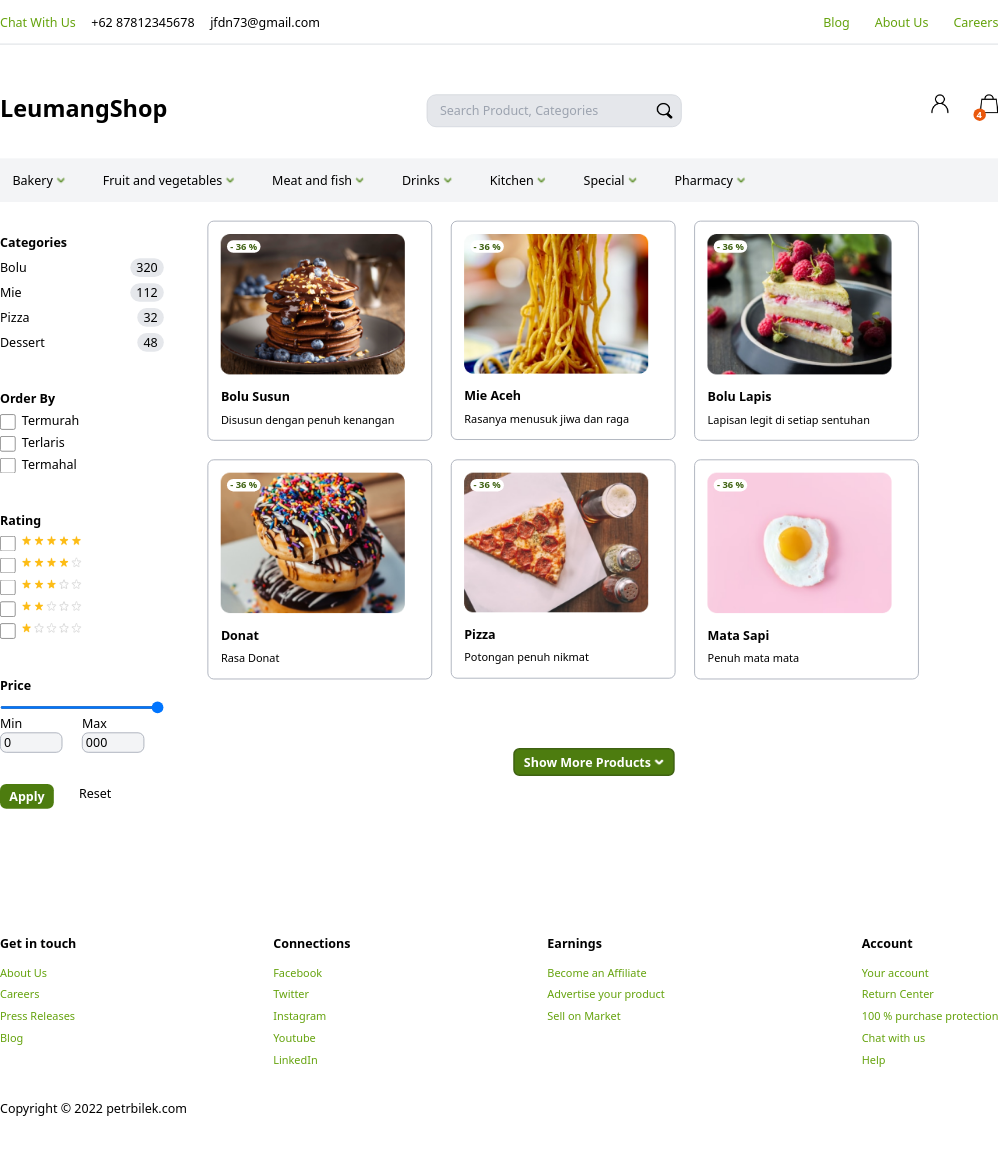
Repository: jafetdn73/ecommerce-tailwind
Page: /
An editor plug-in stored every save of this project. The page is shown before and after a run of saves, followed by the edit.
The browser window is 1280 px wide. The pictures show the whole page, at 78% of full size.
The project was rebuilt for these pictures with package versions that can differ from the ones it lists, and the page was loaded fresh each time. Also part of the build but not shown: src/App.css.

Above is the page before, as saved 2022-03-20 01:46:25.

### src/App.js
import "./App.css";
import ItemMenuUtama from "./components/Item_menu_utama";
import ProductCard from "./components/Product-card";
import products from "./services/data/products";

function App() {
  return (
    <div className="bg-white container mx-auto">
      <div className="flex justify-between py-4 border-b border-gray-300">
        <div className="flex gap-5">
          <a href="http://google.com" className="text-lime-600">
            Chat With Us
          </a>
          <a href="http://facebook.com">+62 87812345678</a>
          <a href="http://ggogl.com">jfdn73@gmail.com</a>
        </div>

        <div className="">
          <ul className="flex gap-8 text-lime-600">
            <li>Blog</li>
            <li>About Us</li>
            <li>Careers</li>
          </ul>
        </div>
      </div>

      <div className="flex justify-between mt-16">
        <h1 className="text-3xl font-bold">LeumangShop</h1>
        <div className="flex w-full justify-center items-center">
          <input
            type="text"
            placeholder="Search Product, Categories"
            className="w-1/3 border border-gray-300 bg-gray-200 rounded-xl pl-4 py-2"
          />
          <img src="/images/search.png" alt="search" className="w-5 h-5 -ml-8"/>
        </div>
        <div className="flex gap-10">
          <img src="/images/user.png" alt="user" className="w-8 h-6"/>
          <div className="relative">
            <img src="/images/cart-icon.png" alt="icon" className="w-10 h-6"/>
            <label className="w-4 h-4 font-bold absolute bottom-2 -left-2 bg-orange-600 text-white pl-1 pt-0 rounded-full text-xs">4</label>
          </div>
        </div>
      </div>

      <div className="bg-gray-100 mt-10 py-4 pl-4 text-base font-medium">
        <ul className="flex gap-12">
         <ItemMenuUtama title="Bakery"></ItemMenuUtama>
         <ItemMenuUtama title="Fruit and vegetables"></ItemMenuUtama>
         <ItemMenuUtama title="Meat and fish"></ItemMenuUtama>
         <ItemMenuUtama title="Drinks"></ItemMenuUtama>
         <ItemMenuUtama title="Kitchen"></ItemMenuUtama>
         <ItemMenuUtama title="Special"></ItemMenuUtama>
         <ItemMenuUtama title="Pharmacy"></ItemMenuUtama>
        </ul>
        </div>

      {/* Container Wrapper */}
      <div className="flex gap-4">
        {/* Side Bar Container */}
        <div className="flex flex-col w-96" >
          {/* Categories Container */}
          <div className="flex flex-col mt-10">
            <h1 className="font-bold text-base mb-2">Categories</h1>
            <ul>
              <div className="flex justify-between">
                <li>Bolu</li><label className="mb-2 bg-gray-200 pl-2 pr-2 rounded-xl">320</label>
              </div>
              <div className="flex justify-between">
                <li>Mie</li><label className="mb-2 bg-gray-200 pl-2 pr-2 rounded-xl">112</label>
              </div>
              <div className="flex justify-between">
                <li>Pizza</li><label className="mb-2 bg-gray-200 pl-2 pr-2 rounded-xl">32</label>
              </div>
              <div className="flex justify-between">
                <li>Dessert</li><label className="mb-2 bg-gray-200 pl-2 pr-2 rounded-xl">48</label>
              </div>
            </ul>
          </div>
          {/* Order By Categories */}
          <div className="flex flex-col mt-10">
            <h1 className="font-bold mb-2">Order By</h1>
           <div className="flex relative">
              <input type="checkbox" className="accent-lime-700 w-5 h-5 mr-2 mb-2"></input>
              <label className="absolute bottom-2 left-7">Termurah</label>
          </div>
          <div className="flex relative">
              <input type="checkbox" className="accent-lime-700 w-5 h-5 mr-2 mb-2"></input>
              <label className="absolute bottom-2 left-7">Terlaris</label>
          </div>
          <div className="flex relative">
              <input type="checkbox" className="accent-lime-700 w-5 h-5 mr-2 mb-2"></input>
              <label className="absolute bottom-2 left-7">Termahal</label>
          </div>
          </div>
          {/* Rating Container */}
          <div className="flex flex-col mt-10">
            <h1 className="font-bold mb-2">Rating</h1>
           <div  className="flex">
             <input type="checkbox" className="accent-lime-700 w-5 h-5 mr-2 mb-2">
               </input>
               <div className="flex w-3 h-3 gap-1">
                 <img src="images/rate-star.png" alt="rate-star"/>
                 <img src="images/rate-star.png" alt="rate-star"/>
                 <img src="images/rate-star.png" alt="rate-star"/>
                 <img src="images/rate-star.png" alt="rate-star"/>
                 <img src="images/rate-star.png" alt="rate-star"/>
                 </div>
          </div>
          <div  className="flex">
             <input type="checkbox" className="accent-lime-700 w-5 h-5 mr-2 mb-2">
               </input>
               <div className="flex w-3 h-3 gap-1">
                 <img src="images/rate-star.png" alt="rate-star"/>
                 <img src="images/rate-star.png" alt="rate-star"/>
                 <img src="images/rate-star.png" alt="rate-star"/>
                 <img src="images/rate-star.png" alt="rate-star"/>
                 <img src="images/unrate-star.png" alt="unrate-star"/>
                 </div>
          </div>
          <div  className="flex">
             <input type="checkbox" className="accent-lime-700 w-5 h-5 mr-2 mb-2">
               </input>
               <div className="flex w-3 h-3 gap-1">
                 <img src="images/rate-star.png" alt="rate-star"/>
                 <img src="images/rate-star.png" alt="rate-star"/>
                 <img src="images/rate-star.png" alt="rate-star"/>
                 <img src="images/unrate-star.png" alt="unrate-star"/>
                 <img src="images/unrate-star.png" alt="unrate-star"/>
                 </div>
          </div>
          <div  className="flex">
             <input type="checkbox" className="accent-lime-700 w-5 h-5 mr-2 mb-2">
               </input>
               <div className="flex w-3 h-3 gap-1">
                 <img src="images/rate-star.png" alt="rate-star"/>
                 <img src="images/rate-star.png" alt="rate-star"/>
                 <img src="images/unrate-star.png" alt="unrate-star"/>
                 <img src="images/unrate-star.png" alt="unrate-star"/>
                 <img src="images/unrate-star.png" alt="unrate-star"/>
                 </div>
          </div>
          <div  className="flex">
             <input type="checkbox" className="accent-lime-700 w-5 h-5 mr-2 mb-2">
               </input>
               <div className="flex w-3 h-3 gap-1">
                 <img src="images/rate-star.png" alt="rate-star"/>
                 <img src="images/unrate-star.png" alt="unrate-star"/>
                 <img src="images/unrate-star.png" alt="unrate-star"/>
                 <img src="images/unrate-star.png" alt="unrate-star"/>
                 <img src="images/unrate-star.png" alt="unrate-star"/>
                 </div>
          </div>

          </div>
          {/* Price Container */}
          <div className="flex flex-col mt-10">
          <h1 className="font-bold">Price</h1>
          <div><input
                type="range"
                className="w-full h-1 p-0 bg-gray-200 focus:outline-none focus:ring-0 focus:shadow-sm"
                min="0"
                max="5"
              />
           </div>
           <div className="flex">
             <div className="w-2/4"><label>Min</label><br></br><input className="pl-1 w-20 bg-gray-100 border border-gray-400 rounded-lg" type="text" value="0"/></div>
             <div  className="w-2/4"><label>Max</label><br></br><input className="pl-1 w-20 bg-gray-100 border border-gray-400 rounded-lg" type="text" value="000"/></div>
           </div>
          </div>
          <div className="flex mt-10">
            <button className="py-1 px-3 mr-8 rounded-lg font-bold bg-lime-700 text-white">Apply</button><label>Reset</label></div>
        </div>
        <div className="bg-gray-100">
          <div className="bg-yellow-100">
          </div>
        </div>
        {/* Container Content */}
        <div>
          <div className="flex flex-wrap w-full p-6 gap-6" >
            {products.map((item,index)=>{
            return(<ProductCard item={item}></ProductCard>
          )
         })}

      {/* Show More Products */}
      </div>
        <div className="flex justify-center"><button className="flex mt-16 py-1 px-3 rounded-lg font-bold border-2 border-lime-800 bg-lime-700 text-white">Show More Products<span><img className="ml-1 mt-2 w-3 h-2" src="/images/dropdown-white-icon.png" alt="user"/></span></button></div>
      </div>


      </div>

      {/* footer */}
      <div className="flex justify-between mb-8 mt-40">

<div className="">
  <h2 className="font-bold mb-4">Get in touch</h2>
  <ul className="text-sm text-lime-600">
    <li className="mb-2">About Us</li>
    <li className="mb-2">Careers</li>
    <li className="mb-2">Press Releases</li>
    <li className="mb-2">Blog</li>
  </ul>
</div>

<div className="">
  <h2 className="font-bold mb-4">Connections</h2>
  <ul className="text-sm text-lime-600">
    <li className="mb-2">Facebook</li>
    <li className="mb-2">Twitter</li>
    <li className="mb-2">Instagram</li>
    <li className="mb-2">Youtube</li>
    <li className="mb-2">LinkedIn</li>
  </ul>
</div>

<div className="">
  <h2 className="font-bold mb-4">Earnings</h2>
  <ul className="text-sm text-lime-600">
    <li className="mb-2">Become an Affiliate</li>
    <li className="mb-2">Advertise your product</li>
    <li className="mb-2">Sell on Market</li>
  </ul>
</div>

<div className="">
  <h2 className="font-bold mb-4">Account</h2>
  <ul className="text-sm text-lime-600">
    <li className="mb-2">Your account</li>
    <li className="mb-2">Return Center</li>
    <li className="mb-2">100 % purchase protection</li>
    <li className="mb-2">Chat with us</li>
    <li className="mb-2">Help</li>
  </ul>
</div>

</div>

{/* copyright */}
<div className="mb-10">
<h4>Copyright &copy; 2022 petrbilek.com</h4>
</div>

    </div>
  );
}

export default App;

### src/components/Item_menu_utama.jsx
function ItemMenuUtama(props){
    return (

    <div className="flex"><li>{props.title}</li><img className="ml-1 mt-2 w-3 h-2" src="/images/dropdown-icon.png" alt="user"/></div>

    )
}

export default ItemMenuUtama;

### src/components/Product-card.jsx
import NumberFormat from 'react-number-format';

function ProductCard(props){
    const item = props.item;
    var discountPrice=item.originalPrice-item.originalPrice*item.discountPercent/100;
    return(
        <div className="w-72 h-fit p-4 bg-white border border-gray-400 rounded-lg">
                    <div className="flex relative">
                    <img src={'images/'+item.image} alt="bolu-susun" width="236" height="180"/>
                    <label className="text-lime-800 font-bold text-xs ml-2 absolute bottom-26 left-0 bg-white mt-2 mb-2 pl-1 pr-1 rounded-xl">- 36 %</label>
                    </div>
                  <div>
                  <h1 className="font-bold text-base mt-4 mb-2">{item.name}</h1>
                  <p className="text-sm">{item.description}</p>
                  </div>

            </div>
    )
}

export default ProductCard;

### src/services/data/products.js
const products=[
    {
        id:1,
        name:"Bolu Susun",
        description:"Disusun dengan penuh kenangan",
        originalPrice:40000,
        discountPercent:10,
        image:"bolu-susun.png"
    },
    {
        id:2,
        name:"Mie Aceh",
        description:"Rasanya menusuk jiwa dan raga",
        originalPrice:30000,
        discountPercent:10,
        image:"mie-aceh.png"
    },
    {
        id:3,
        name:"Bolu Lapis",
        description:"Lapisan legit di setiap sentuhan",
        originalPrice:24000,
        discountPercent:0,
        image:"bolu-lapis.png"
    },
    {
        id:4,
        name:"Donat",
        description:"Rasa Donat",
        originalPrice:15000,
        discountPercent:0,
        image:"donat.png"
    },
    {
        id:5,
        name:"Pizza",
        description:"Potongan penuh nikmat",
        originalPrice:36000,
        discountPercent:10,
        image:"pizza.png"
    },
    {
        id:6,
        name:"Mata Sapi",
        description:"Penuh mata mata",
        originalPrice:12000,
        discountPercent:0,
        image:"mata-sapi.png"
    }

];

export default products;

Loaded but not shown: public/index.html (common file); src/index.js (common file); src/index.css (common file); src/reportWebVitals.js (common file); tailwind.config.js (common file)

After the next 3 saves:
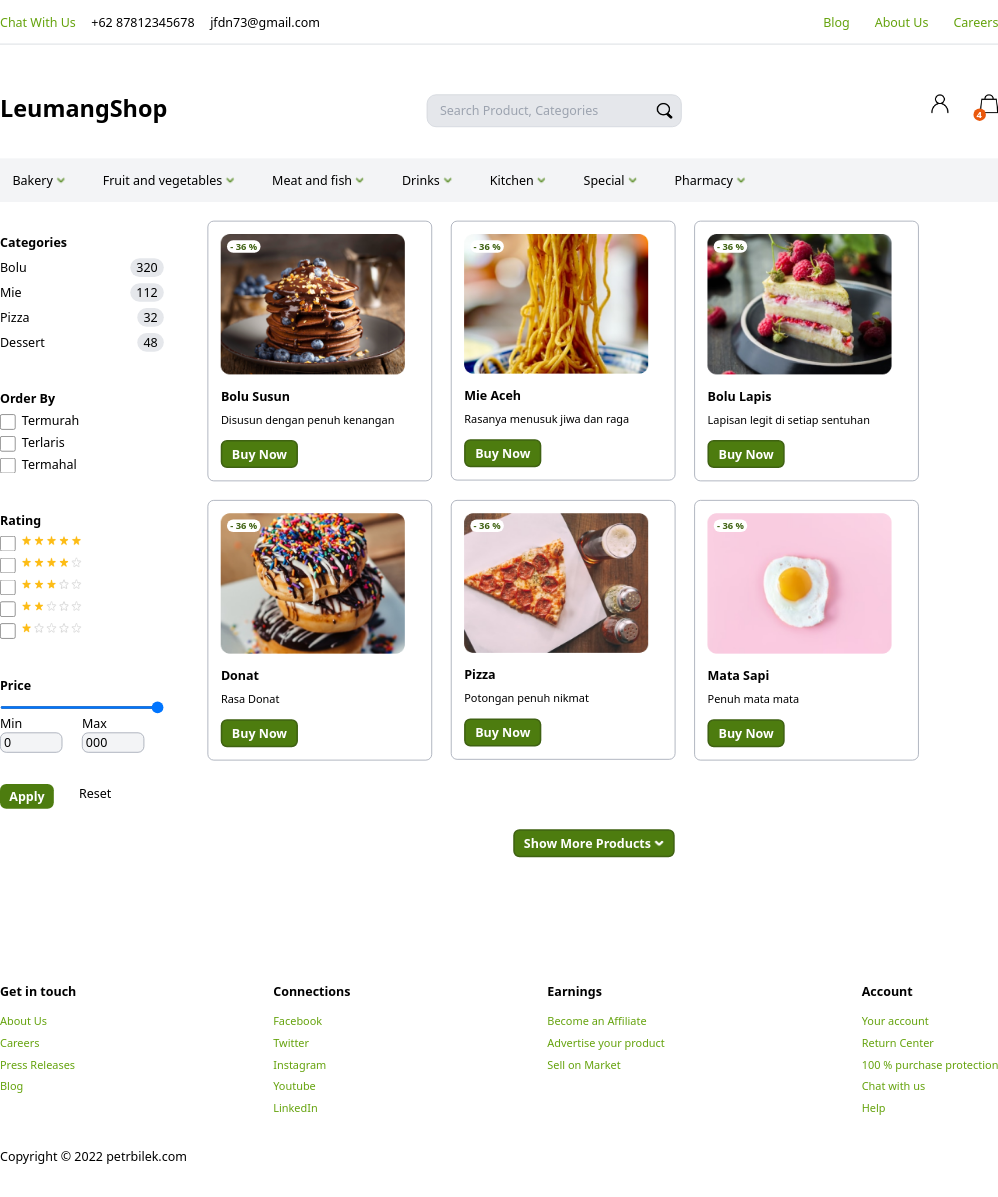
The 3 saves are shown as one change because 2 did not build or start.
The last was saved 3 min 32 s later.
--- a/src/components/Product-card.jsx
+++ b/src/components/Product-card.jsx
@@ -14,6 +14,13 @@ function ProductCard(props){
                   <p className="text-sm">{item.description}</p>
                   </div>
 
+                  <div className="flex justify-between mt-4">
+
+                 <div>
+                  <button className="py-1 px-3 rounded-lg font-bold border-2 border-lime-800 bg-lime-700 text-white">Buy Now</button>
+                </div>
+              </div>
+
             </div>
     )
 }
